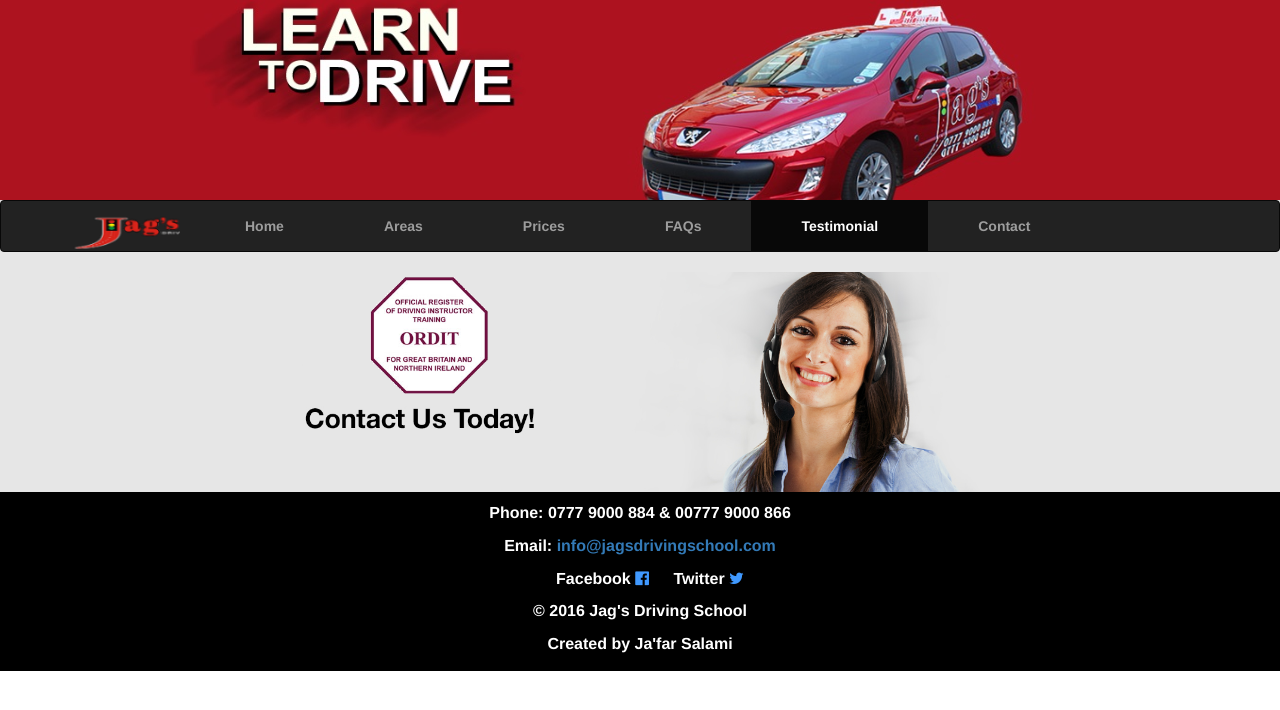
Repository: jafar70/Jags-Driving-School-Website
Page: contact.html
The author's editor kept a record of every edit. The page is drawn from the files as they stood at one moment, then again after the next edit.
The browser window is 1280 px wide. The pictures show the whole page.
Some web libraries are served in a nearby version.

Above is the page before.

After the next edit:
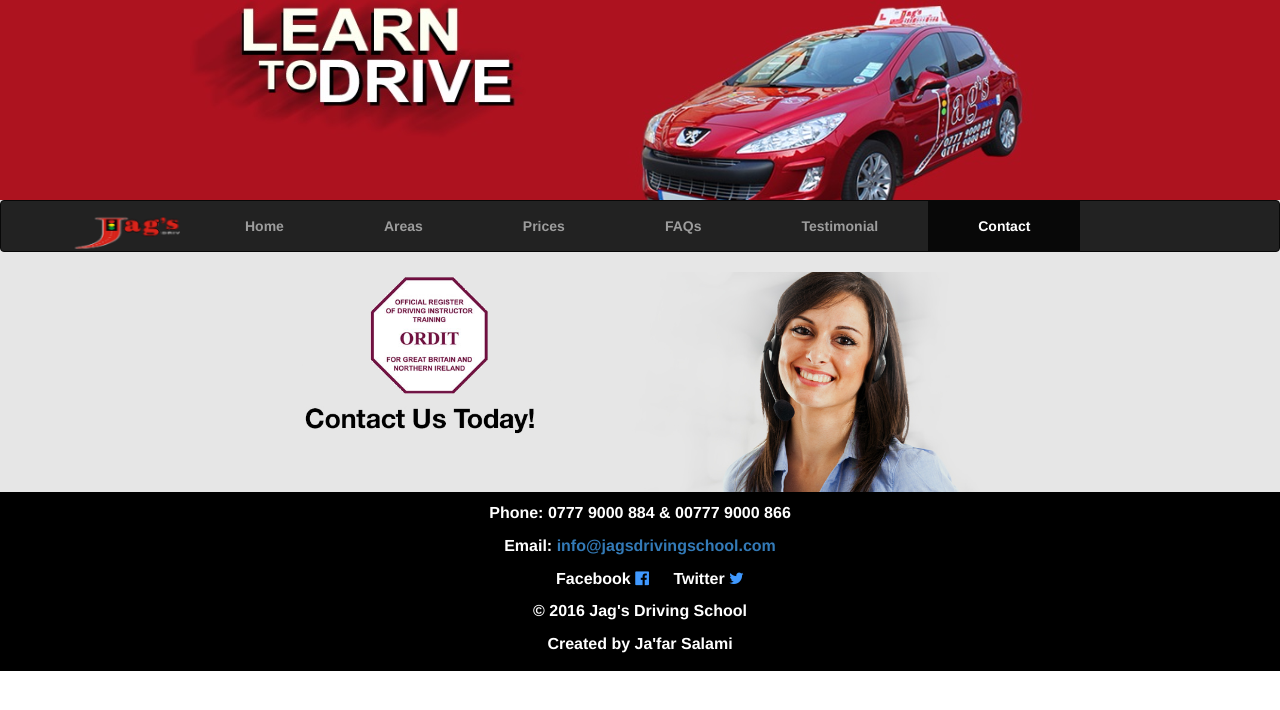
The edit:
--- a/contact.html
+++ b/contact.html
@@ -31,8 +31,8 @@
             <li><a href="areas.html">Areas</a></li>
             <li><a href="prices.html">Prices</a></li>
             <li><a href="faqs.html">FAQs</a></li>
-            <li class="active"><a href="testimonial.html">Testimonial</a></li>
-            <li><a href="#">Contact</a></li>
+            <li><a href="testimonial.html">Testimonial</a></li>
+            <li class="active"><a href="contact.html">Contact</a></li>
           </ul>
         </div><!--/.nav-collapse -->
 
